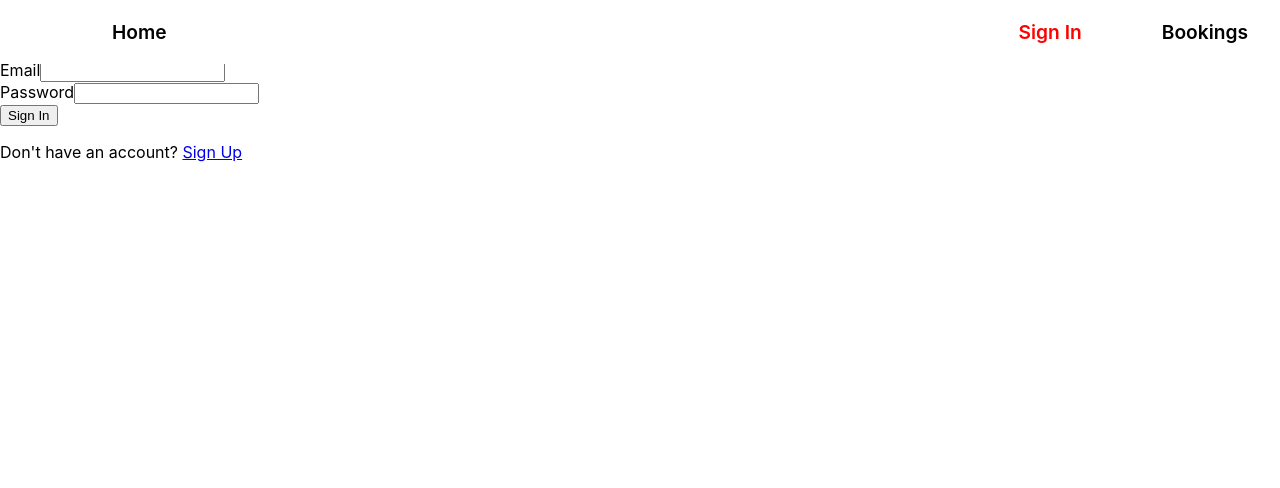
Repository: MikkyPrestige/fake-user-authentication
Page: /auth
The author's editor kept a copy of each file at every save. The page is drawn from the files as they stood at one save, then again after a run of saves.
The browser window is 1280 px wide. The pictures show the whole page.
The project was rebuilt for these pictures with package versions that can differ from the ones it lists, and the page was loaded fresh each time. Also part of the build but not shown: src/assets/styles/home.css, src/components/home.jsx, src/components/context/contextAuth.jsx, src/assets/styles/booking.css, src/components/booking.jsx, src/components/fallBack.jsx.

Above is the page before, as saved 2022-11-22 02:35:50.

### src/index.css
body {
  margin: 0;
  font-family: -apple-system, BlinkMacSystemFont, 'Segoe UI', 'Roboto', 'Oxygen',
    'Ubuntu', 'Cantarell', 'Fira Sans', 'Droid Sans', 'Helvetica Neue',
    sans-serif;
  -webkit-font-smoothing: antialiased;
  -moz-osx-font-smoothing: grayscale;
  /* background-image: url(./assets/img/pattern_blue-1.jpg);
  background-repeat: no-repeat;
  background-size: cover;
  background-position: center;
  background-attachment: fixed; */
}

code {
  font-family: source-code-pro, Menlo, Monaco, Consolas, 'Courier New',
    monospace;
}

### src/App.jsx
import React from "react";
import { ErrorBoundary } from "react-error-boundary";
import { Route, Routes } from "react-router-dom";
import { Home, Navigation, Auth, Booking, FallBack, Error } from "./components";

function App() {
  return (
    <div className="App">
      <ErrorBoundary FallbackComponent={FallBack}>
      <Navigation />
      <Routes>
        <Route path="/" element={<Home />} />
        <Route path="/auth/*" element={<Auth />} />
        <Route path="/booking" element={<Booking />} />
        <Route path="*" element={<Error />} />
      </Routes>
      </ErrorBoundary>
    </div>
  );
}

export default App;

### src/components/index.js
export { default as Home } from "./home";
export { default as Navigation } from "./navigation";
export { default as Auth } from "./auth";
export { default as Booking } from "./booking";
export { default as FallBack } from "./fallBack";
export { default as Error } from "./error";

### src/components/navigation.jsx
// NAVIGATION COMPONENT

import React from "react";
import { NavLink } from "react-router-dom";
import "../assets/styles/navigation.css";

const Navigation = () => {
  return (
    <div className="navigation">
      <nav className="navigation__links">
        <div className="navigation--link">
          <NavLink
            style={({ isActive }) =>
              isActive ? { color: "red" } : { color: "black" }
            }
            to="/"
            className="navigation__link--item"
          >
            Home
          </NavLink>
        </div>
        <div className="navigation__link--wrapper">
          <NavLink
            style={({ isActive }) =>
              isActive ? { color: "red" } : { color: "black" }
            }
            to="/auth"
            className="navigation__link--item"
          >
            Sign In
          </NavLink>
          <NavLink
            style={({ isActive }) =>
              isActive ? { color: "red" } : { color: "black" }
            }
            to="/booking"
            className="navigation__link--item"
          >
            Bookings
          </NavLink>
        </div>
      </nav>
    </div>
  );
};

export default Navigation;

### src/components/auth.jsx
// AUTHENTICATION COMPONENT: This component is for the authentication in the app (login and register)
// Set up fake userAuthContext using the context API to always carry out a fake authentication

import React, { useContext } from "react";
import { useState } from "react";
import { Link } from "react-router-dom";
import { AuthContext } from "./context/contextAuth";



// import "../assets/styles/auth.css";

const Auth = () => {
  // Get the user from the context
  const { user, error, success, login, register } = useContext(AuthContext);
  // Create a state for the form
  const [form, setForm] = useState({
    fullName: "",
    email: "",
    password: "",
  });
  // Create a state for the form type
  const [formType, setFormType] = useState("login");
  // Create a function to handle the form change
  const handleChange = (e) => {
    // Set the form
    setForm({
      ...form,
      [e.target.name]: e.target.value,
    });
  }
  // Create a function to handle the form submit
  const handleSubmit = (e) => {
    // Prevent the default
    e.preventDefault();
    // Check the form type
    if (formType === "login") {
      // Login the user
      login();
    } else {
      // Register the user
      register();
    }
  }
  // Return the component
  return (
    <div className="container">
      <div className="row">
        <div className="col-md-6 offset-md-3">
          <div className="card mt-5">
            <div className="card-body">
              <h3 className="card-title text-center">
                {formType === "login" ? "Sign In" : "Sign Up"}
              </h3>
              <form onSubmit={handleSubmit}>
                {formType === "register" && (
                  <div className="form-group">
                    <label htmlFor="fullName">Full Name</label>
                    <input
                      type="text"
                      name="fullName"
                      id="fullName"
                      className="form-control"
                      onChange={handleChange}
                      value={form.fullName}
                    />
                    {error.fullName && (
                      <small className="form-text text-danger">
                        {error.fullName}
                      </small>
                    )}
                  </div>
                )}
                <div className="form-group">
                  <label htmlFor="email">Email</label>
                  <input
                    type="email"
                    name="email"
                    id="email"
                    className="form-control"
                    onChange={handleChange}
                    value={form.email}
                  />
                  {error.email && (
                    <small className="form-text text-danger">
                      {error.email}
                    </small>
                  )}
                </div>
                <div className="form-group">
                  <label htmlFor="password">Password</label>
                  <input
                    type="password"
                    name="password"
                    id="password"
                    className="form-control"
                    onChange={handleChange}
                    value={form.password}
                  />
                  {error.password && (
                    <small className="form-text text-danger">
                      {error.password}
                    </small>
                  )}
                </div>
                <button type="submit" className="btn btn-primary btn-block">
                  {formType === "login" ? "Sign In" : "Sign Up"}
                </button>
              </form>
              <div className="text-center mt-3">
                {formType === "login" ? (
                  <p>
                    Don't have an account?{" "}
                    <Link to="/register">Sign Up</Link>
                  </p>
                ) : (
                  <p>
                    Already have an account?{" "}
                    <Link to="/login">Sign In</Link>
                  </p>
                )}
              </div>
            </div>
          </div>
        </div>
      </div>
    </div>
  );
};

export default Auth;

### src/assets/styles/navigation.css
.navigation {
  background-color: #fff;
  height: 4rem;
  position: fixed;
  top: 0;
  width: 100%;
  z-index: 100;
}

.navigation__links {
  display: flex;
  justify-content: space-between;
  align-items: center;
  height: 100%;
  padding: 0 2rem;
}

.navigation__link--item {
  font-size: 1.2rem;
  font-weight: 600;
  text-decoration: none;
}

.navigation--link {
  margin-left: 5rem;
}

.navigation__link--wrapper {
  display: flex;
  align-items: center;
  gap: 5rem;
}

### src/components/error.jsx
// ERROR COMPONENT:   This component is for the error message in the app when the user routes to a page that doesn't exist

import React from "react";
import { Link } from "react-router-dom";
import "../assets/styles/error.css";

const Error = () => {
  return (
    <div className="error">
      <h1 className="error__title">404</h1>
      <h2 className="error__heading">Page not found</h2>
      <p className="error__message">
        The page you are looking for might have been removed, had its name
        changed, or is temporarily unavailable.
      </p>
      <Link to="/" className="error__back--link">Go to Home</Link>
    </div>
  );
};

export default Error;

### src/assets/styles/error.css
.error {
  background-color: #ccc;
  color: red;
  display: flex;
  flex-direction: column;
  justify-content: center;
  align-items: center;
  height: 100vh;
}

.error__title {
  font-size: 2rem;
}

.error__heading {
  font-size: 1.5rem;
  margin-top: -1rem;
}

.error__message {
  font-size: 1rem;
  color: #000;
  margin-top: -1rem;
}

.error__back--link {
  font-size: 1rem;
  color: #000;
  font-weight: 600;
  text-decoration: none;
  margin-top: 2rem;
}

.error__back--link:hover {
  text-decoration: underline;
  color: green;
}

Loaded but not shown: public/index.html (common file); src/index.js (common file)

After the next 2 saves:
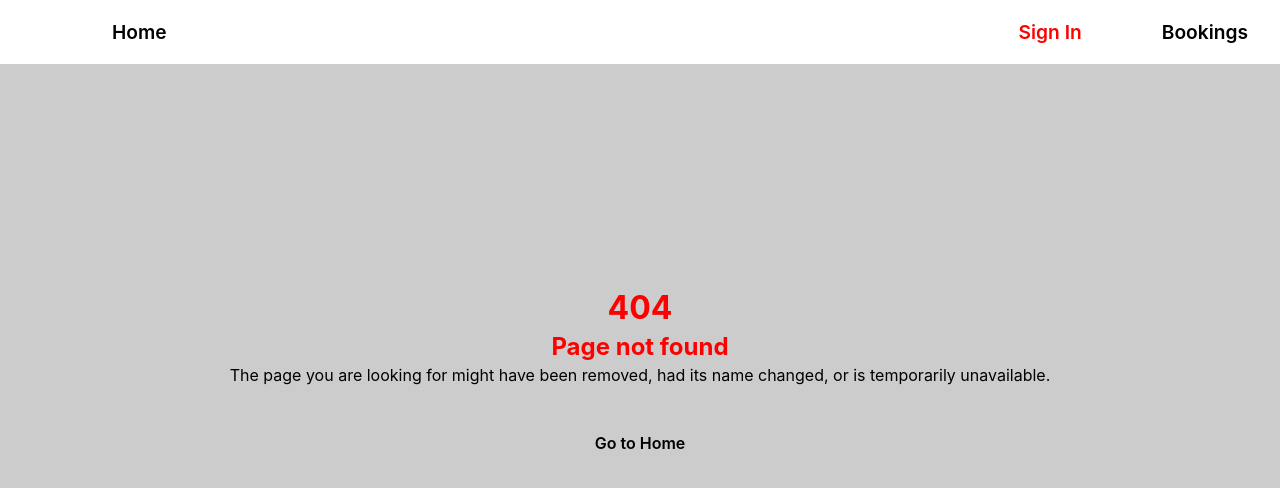
The 2 saves are shown as one change because 1 did not build or start.
The last was saved 2 min 45 s later.
--- a/src/App.jsx
+++ b/src/App.jsx
@@ -1,7 +1,7 @@
 import React from "react";
 import { ErrorBoundary } from "react-error-boundary";
 import { Route, Routes } from "react-router-dom";
-import { Home, Navigation, Auth, Booking, FallBack, Error } from "./components";
+import { Home, Navigation, Booking, FallBack, Error } from "./components";
 
 function App() {
   return (
@@ -10,7 +10,6 @@ function App() {
       <Navigation />
       <Routes>
         <Route path="/" element={<Home />} />
-        <Route path="/auth/*" element={<Auth />} />
         <Route path="/booking" element={<Booking />} />
         <Route path="*" element={<Error />} />
       </Routes>
--- a/src/components/index.js
+++ b/src/components/index.js
@@ -1,6 +1,5 @@
 export { default as Home } from "./home";
 export { default as Navigation } from "./navigation";
-export { default as Auth } from "./auth";
 export { default as Booking } from "./booking";
 export { default as FallBack } from "./fallBack";
 export { default as Error } from "./error";
